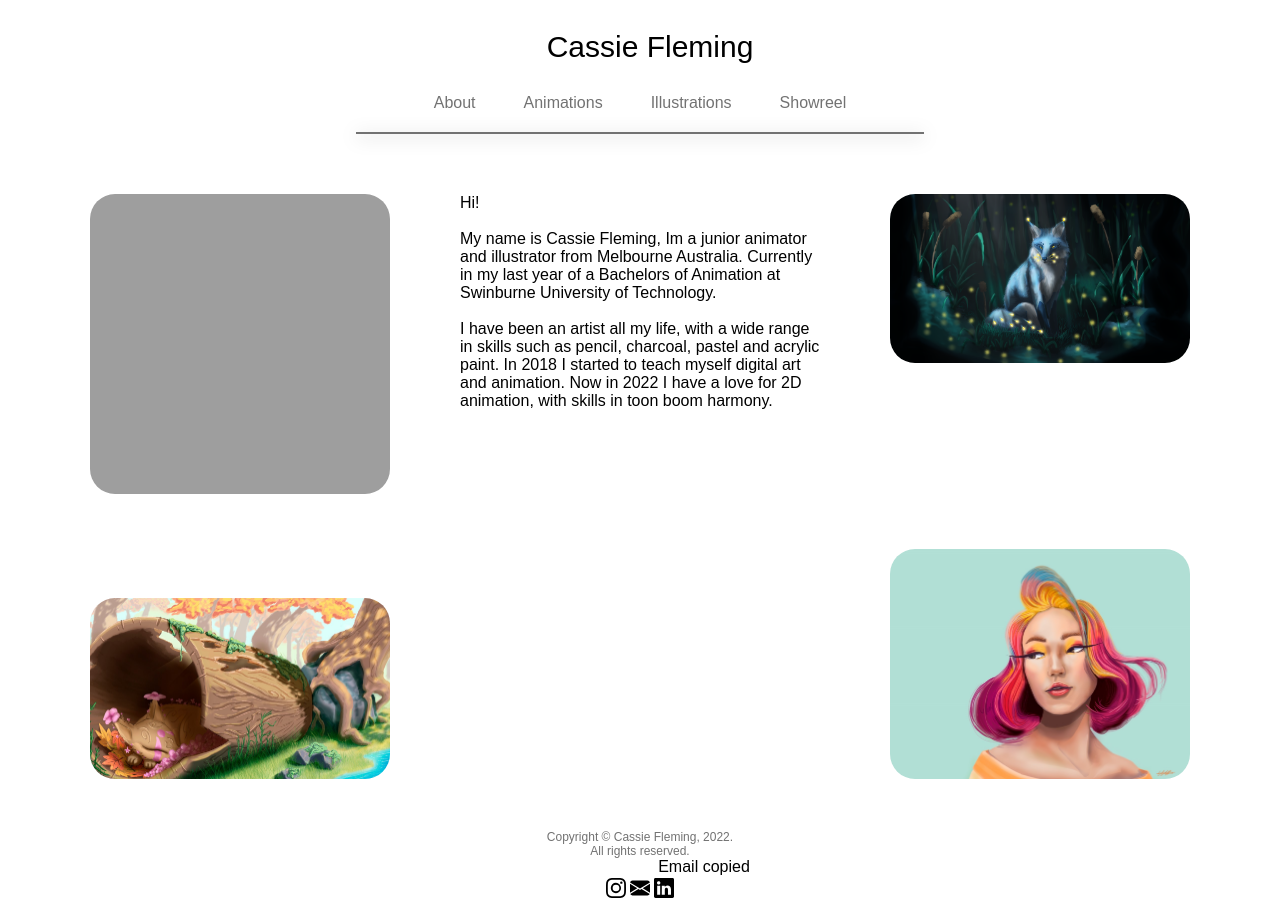
Repository: David-Waite/Cassie-Fleming-portfolio
Page: /
These files come from the project's save history. The page is drawn as it stood at one moment and after a run of saves; the edit follows.
The browser window is 1280 px wide. The pictures show the whole page.
Pictures or frames that could not be fetched are drawn as grey boxes. Some web fonts or font styles are not loaded; a fallback is used. The project was rebuilt for these pictures with package versions that can differ from the ones it lists, and the page was loaded fresh each time. The framework's server and built-in components were replaced by stand-ins that run in the browser. Also part of the build but not shown: next.config.js.

Above is the page before, as saved 2022-09-11 17:48:33.

### pages/index.js
import Head from "next/head";
import Image from "next/image";
import styles from "../styles/Home.module.css";

export default function Home() {
  return (
    <div className={styles.layout}>
      <div className={`${styles.photoContainer} ${styles.photoContainerLeft}`}>
        <div>
          <Image
            className={styles.photo}
            src="/Cassie.png"
            height={3024}
            width={3024}
            alt="Photo of me, Cassie Fleming"
          />
        </div>
        <div className={styles.photo}>
          <Image
            className={styles.photo}
            src="/cherry blossom.2.jpg"
            height={725}
            width={1200}
            alt="Cherry Blossom covered fox, taking a nap in a hollowed tree log, by the river"
          />
        </div>
      </div>

      <div className={styles.aboutText}>
        Hi!
        <br />
        <br />
        My name is Cassie Fleming, Im a junior animator and illustrator from
        Melbourne Australia. Currently in my last year of a Bachelors of
        Animation at Swinburne University of Technology.
        <br />
        <br /> I have been an artist all my life, with a wide range in skills
        such as pencil, charcoal, pastel and acrylic paint. In 2018 I started to
        teach myself digital art and animation. Now in 2022 I have a love for 2D
        animation, with skills in toon boom harmony.
      </div>
      <div className={styles.photoContainer}>
        <div className={styles.photo}>
          <Image
            className={styles.photo}
            src="/fox.png"
            height={1080}
            width={1920}
            alt="glowing fox"
          />
        </div>
        <div className={styles.photo}>
          <Image
            className={styles.photo}
            src="/Inkedhuman.jpg"
            height={930}
            width={1211}
            alt="girl with cool hair a swaggie eyes"
          />
        </div>
      </div>
    </div>
  );
}

### components/Layout.js
import Link from "next/link";
import React, { useState } from "react";
import { Instagram, Linkedin, EnvelopeFill } from "react-bootstrap-icons";

export default function Layout({ children }) {
  const [navClass, setNavClass] = useState("");

  function toggleNav() {
    setNavClass((navClass) => {
      return navClass === "change" ? "" : "change";
    });
  }

  return (
    <div className={`layout ${navClass}`}>
      <header className="header">
        <h1>
          <Link href="/">
            <a>Cassie Fleming</a>
          </Link>
        </h1>

        <div className="navbar-icon" onClick={toggleNav}>
          <div className="bar1"></div>
          <div className="bar2"></div>
          <div className="bar3"></div>
        </div>

        <nav>
          <Link href="/">
            <a>About</a>
          </Link>
          <Link href="/">
            <a>Animations</a>
          </Link>
          <Link href="/">
            <a>Illustrations</a>
          </Link>
          <Link href="/">
            <a>Showreel</a>
          </Link>
        </nav>
      </header>
      <div className="navbar-line"></div>

      {children}
      <footer>
        <p>Copyright &copy; Cassie Fleming, 2022.</p>
        <p>All rights reserved.</p>
        <div className="social">
          <span>
            <Link href="https://www.instagram.com/cass_illustrations/">
              <a target="_blank">
                <Instagram />
              </a>
            </Link>
          </span>
          <div
            className="email"
            onClick={() => {
              navigator.clipboard.writeText("cassie.fleming2000@gmail.com");
            }}
          >
            <EnvelopeFill />
            <span>Email copied</span>
          </div>
          <span>
            <Link href="http://www.linkedin.com/in/cassie-fleming-500a56204">
              <a target="_blank">
                <Linkedin />
              </a>
            </Link>
          </span>
        </div>
      </footer>
    </div>
  );
}

### styles/globals.css
@import url("https://fonts.googleapis.com/css2?family=Zen+Maru+Gothic:wght@300;400;500;700&display=swap");

* {
  font-family: "Zen Maru Gothic", sans-serif;
  box-sizing: border-box;
  margin: 0;
  padding: 0;
}

.layout {
  margin: 30px 30px 0;
  display: flex;
  flex-direction: column;
  align-items: center;
  position: relative;
  min-height: calc(100vh - 30px);

  padding-bottom: 140px;
  text-align: center;
}

h1 {
  font-weight: 400;
  font-size: 30px;
  margin-bottom: 30px;
  margin-left: 20px;
}

a:hover {
  color: black;
}

a {
  text-decoration: none;
  color: black;
}
.hover {
  color: red;
}
nav a {
  color: #727272;
  margin: 24px;
  font-size: 16px;
}
.navbar-line {
  width: 568px;
  box-shadow: rgba(0, 0, 0, 0.35) 0px 3px 17px;
  margin: 20px 0 60px;
  border: #727272 solid 1px;
}
footer {
  position: absolute;
  bottom: 0px;
  font-size: 12px;
  color: #727272;
}
/* navBar icon */
.navbar-icon {
  display: none;
  cursor: pointer;
  margin-right: 20px;
}

.bar1,
.bar2,
.bar3 {
  width: 20px;
  height: 3px;
  background-color: #727272;
  margin: 4px 0;
  transition: 0.4s;
  border-radius: 5px;
}

.change .bar1 {
  transform: translate(0, 7px) rotate(-45deg);
}

.change .bar2 {
  opacity: 0;
}

.change .bar3 {
  transform: translate(0, -7px) rotate(45deg);
}

.social {
  display: flex;
  justify-content: center;
  padding: 20px;
}
.social span {
  color: black;
  margin: 0 4px;
  cursor: pointer;
  font-size: 20px;
}

.email {
  position: relative;
  font-size: 20px;
  color: black;
}
.email span {
  position: absolute;
  font-size: 16px;
  width: 100px;
  text-align: center;
  left: 20px;
  top: -20px;
}

@media (max-width: 810px) {
  .layout {
    margin: 20px 20px 0;
  }
  header {
    position: relative;
    display: flex;
    align-items: center;
    justify-content: space-between;
    width: 100vw;
  }
  .navbar-icon {
    display: inline-block;
  }
  h1 {
    font-size: 20px;
    margin-bottom: 0;
  }

  nav {
    position: absolute;
    top: 50px;
    display: flex;
    flex-direction: column;
    width: 100vw;
    height: 0px;
    transition: 0.5s;
    z-index: 1;
    background-color: white;
    overflow: hidden;
  }
  nav a {
    display: flex;
    justify-content: center;
    align-items: center;
    margin: 0;
    height: 50px;
  }
  .change nav {
    height: 100vh;
  }
  a:hover {
    background-color: #c4c3c3;
  }

  .navbar-line {
    width: 100vw;
  }
  .change .layout {
    margin-top: 20px;
  }
}

### styles/Home.module.css
.layout {
  display: grid;
  grid-template-columns: 1fr 1fr 1fr;
  gap: 70px;
}

.aboutText {
  max-width: 600px;
  min-width: 300px;
  text-align: start;
}

.photoContainer {
  display: flex;
  flex-direction: column;
  justify-content: space-between;
  max-width: 300px;
  gap: 100px;
}

.photoContainerLeft {
  margin-left: auto;
}
.photo {
  border-radius: 25px;
}
.profile {
  display: none;
}

@media (max-width: 1000px) {
  .layout {
    gap: 20px;
  }
}
@media (max-width: 810px) {
  .layout {
    display: inline;
  }
  .photo {
    display: none;
  }
  .photoContainerLeft {
    margin: 0 auto 30px;
    max-width: 400px;
  }
  .aboutText {
    max-width: 400px;
  }
}

Loaded but not shown: pages/_app.js (common file)

After the next 2 saves:
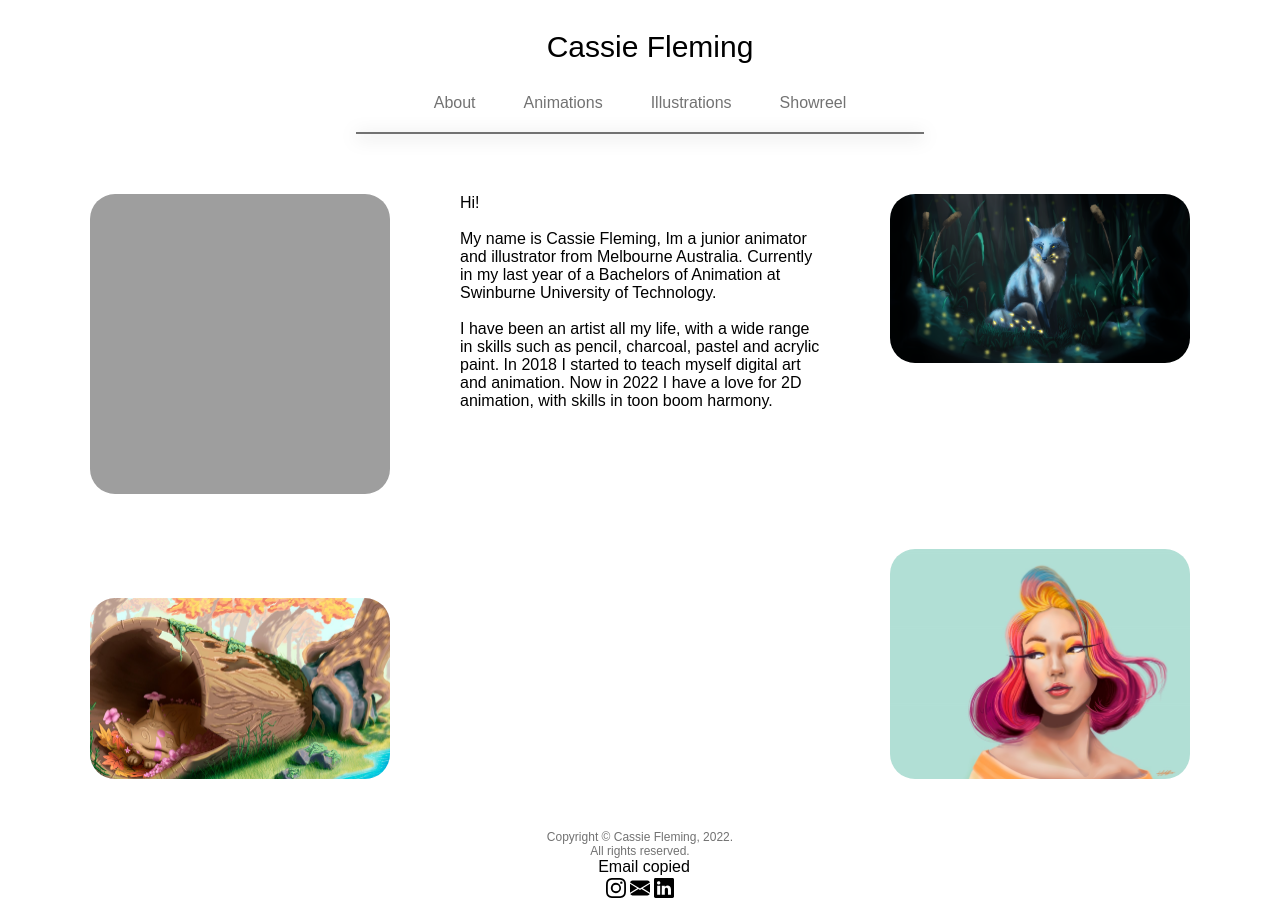
The 2 saves are shown as one change because they came seconds apart.
The last was saved 6 s later.
--- a/styles/globals.css
+++ b/styles/globals.css
@@ -106,7 +106,7 @@ footer {
   font-size: 16px;
   width: 100px;
   text-align: center;
-  left: 20px;
+  left: -40px;
   top: -20px;
 }
 
